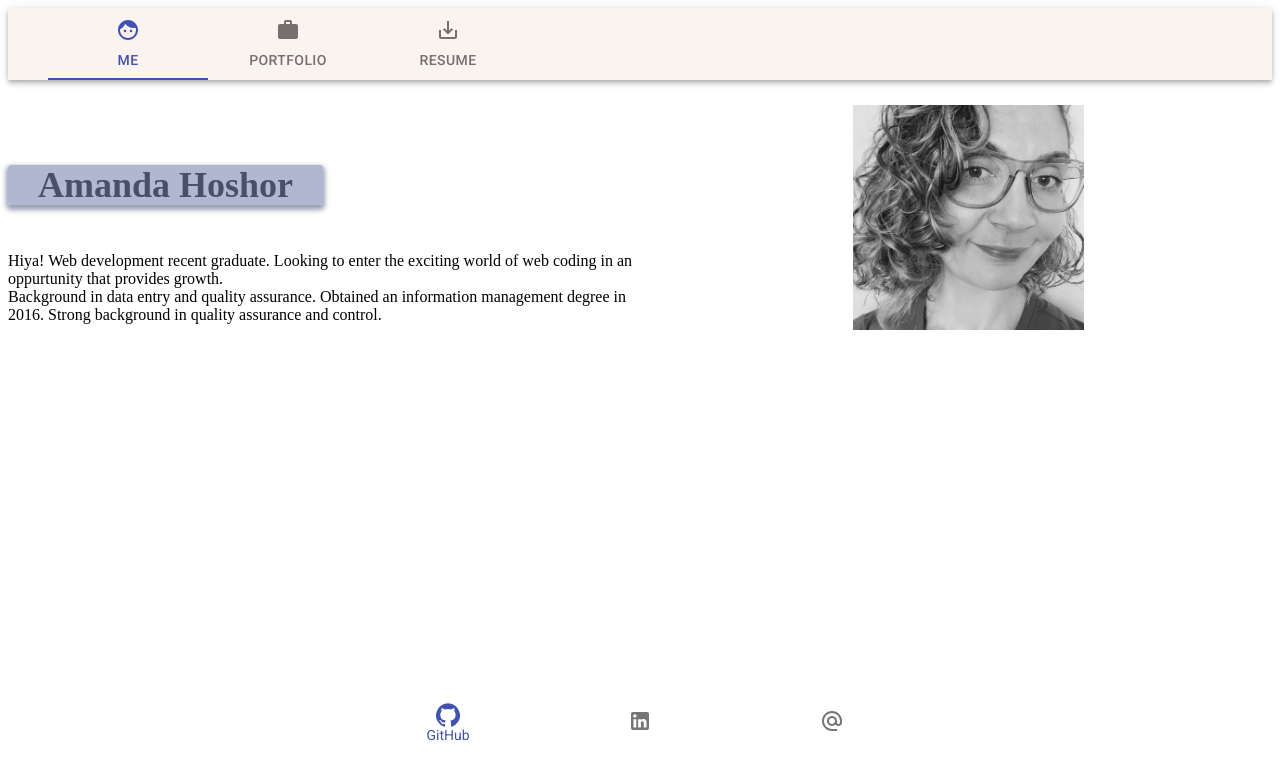
Repository: mandahos/hoshor
Page: /
An editor plug-in stored every save of this project. The page is shown before and after a run of saves, followed by the edit.
The browser window is 1280 px wide. The pictures show the whole page.
The project was rebuilt for these pictures with package versions that can differ from the ones it lists, and the page was loaded fresh each time. Also part of the build but not shown: src/components/Portfolio/index.js, src/components/Resume/index.js. Imported but missing from the stored project, and not drawn on this page: src/assets/resume/Amanda_Hoshor_Resume.PDF, src/assets/resume/Resume_Hoshor (1).pdf.

Above is the page before, as saved 2021-08-22 08:41:24.

### public/index.html
<!DOCTYPE html>
<html lang="en">
  <head>
    <meta charset="utf-8" />
    <link rel="icon" href="%PUBLIC_URL%/favicon.ico" />
    <meta name="viewport" content="width=device-width, initial-scale=1" />
    <meta name="theme-color" content="#000000" />
    <meta
      name="description"
      content="Web site created using create-react-app"
    />
    <link rel="apple-touch-icon" href="%PUBLIC_URL%/logo192.png" />
    <link rel="stylesheet" href="https://fonts.googleapis.com/css?family=Roboto:300,400,500,700&display=swap" />

    <!--
      manifest.json provides metadata used when your web app is installed on a
      user's mobile device or desktop. See https://developers.google.com/web/fundamentals/web-app-manifest/
    -->

    <link rel="stylesheet" href="https://fonts.googleapis.com/icon?family=Material+Icons" />
    <link rel="manifest" href="%PUBLIC_URL%/manifest.json" />
    <!--
      Notice the use of %PUBLIC_URL% in the tags above.
      It will be replaced with the URL of the `public` folder during the build.
      Only files inside the `public` folder can be referenced from the HTML.

      Unlike "/favicon.ico" or "favicon.ico", "%PUBLIC_URL%/favicon.ico" will
      work correctly both with client-side routing and a non-root public URL.
      Learn how to configure a non-root public URL by running `npm run build`.
    -->
    <title>Hoshor</title>
  </head>
  <body>
    <noscript>You need to enable JavaScript to run this app.</noscript>
    <div id="root"></div>
    <!--
      This HTML file is a template.
      If you open it directly in the browser, you will see an empty page.

      You can add webfonts, meta tags, or analytics to this file.
      The build step will place the bundled scripts into the <body> tag.

      To begin the development, run `npm start` or `yarn start`.
      To create a production bundle, use `npm run build` or `yarn build`.
    -->
  </body>
</html>

### src/index.js
import React from 'react';
import ReactDOM from 'react-dom';
import './css/styles.css';
import App from './App';

ReactDOM.render(
  <React.StrictMode>
    <App />

  </React.StrictMode>,
  document.getElementById('root')
);

// If you want to start measuring performance in your app, pass a function
// to log results (for example: reportWebVitals(console.log))
// or send to an analytics endpoint. Learn more: https://bit.ly/CRA-vitals

### src/css/styles.css
.App {
  font-family: Arial, Helvetica, sans-serif;
  text-align: center;
  background-color: #7A6174;
  color: white
}
h1 {
  font-size: 48px;

}
h2 {
  font-size: 14px
}
.About {
  font-family: Cambria, Cochin, Georgia, Times, 'Times New Roman', serif
}
h3 {
  text-align: left;
}

p {
  text-align: left;
}

### src/App.js
import React, { useState } from "react";
import "./css/styles.css";
import  Navigation from "./components/Navigation";
import  Footer  from "./components/Footer";
import { makeStyles } from '@material-ui/core/styles';


// import background from "./assets/images/plug.png"


export default function App() {

  return (
    <div >
      <Navigation />



        <Footer />
    </div>
  )
}

### src/components/Navigation/index.js
import React from 'react';
import PropTypes from 'prop-types';
import { makeStyles } from '@material-ui/core/styles';
import AppBar from '@material-ui/core/AppBar';
import Tabs from '@material-ui/core/Tabs';
import Tab from '@material-ui/core/Tab';

import FaceIcon from '@material-ui/icons/Face';
import WorkIcon from '@material-ui/icons/Work';
import SaveAltIcon from '@material-ui/icons/SaveAlt';

import Typography from '@material-ui/core/Typography';
import Box from '@material-ui/core/Box';

import Me from '../Me/index'
import Portfolio from '../Portfolio/index'
import Resume from '../Resume/index'

function TabPanel(props) {
  const { children, value, index, ...other } = props;

  return (
    <div
      role="tabpanel"
      hidden={value !== index}
      id={`scrollable-force-tabpanel-${index}`}
      aria-labelledby={`scrollable-force-tab-${index}`}
      {...other}
    >
      {value === index && (
        <Box p={3}>
          <Typography>{children}</Typography>
        </Box>
      )}
    </div>
  );
}

TabPanel.propTypes = {
  children: PropTypes.node,
  index: PropTypes.any.isRequired,
  value: PropTypes.any.isRequired,
};

function a11yProps(index) {
  return {
    id: `scrollable-force-tab-${index}`,
    'aria-controls': `scrollable-force-tabpanel-${index}`,
  };
}

const useStyles = makeStyles((theme) => ({
  root: {
    flexGrow: 1,
    width: '100%',
    backgroundColor: '#f8edeb',
  },
  navBar:{
    backgroundColor: '#FAF3F0'
  }
}));

export default function ScrollableTabsButtonForce() {
  const classes = useStyles();
  const [value, setValue] = React.useState(0);

  const handleChange = (event, newValue) => {
    setValue(newValue);
  };


  return (
    <>
      <div >
        <AppBar position="static" color="default">
          <Tabs
            value={value}
            onChange={handleChange}
            className= {classes.navBar}
            variant="scrollable"
            scrollButtons="on"
            indicatorColor="primary"
            textColor="primary"
            aria-label="scrollable force tabs example"
          >

            <Tab label="Me" icon={<FaceIcon />} {...a11yProps(0)} />
            <Tab label="Portfolio" icon={<WorkIcon />} {...a11yProps(1)} />
            <Tab label="Resume" icon={<SaveAltIcon />} {...a11yProps(2)} />
          </Tabs>
        </AppBar>


        {value === 0 && <Me />}
        {value === 1 && <Portfolio />}
        {value === 2 && <Resume />}

      </div>
    </>
  );
}

### src/components/Footer/index.js
import React from 'react';
import { makeStyles } from '@material-ui/core/styles';
import BottomNavigation from '@material-ui/core/BottomNavigation';
import BottomNavigationAction from '@material-ui/core/BottomNavigationAction';
import LinkedInIcon from '@material-ui/icons/LinkedIn';
import GitHubIcon from '@material-ui/icons/GitHub';
import AlternateEmailIcon from '@material-ui/icons/AlternateEmail';
import CSS from './footer.css'

const useStyles = makeStyles({
  root: {
    width: 500,


  },
});

export default function LabelBottomNavigation() {
  const footer = useStyles();
  const [value, setValue] = React.useState('recents');

  const handleChange = (event, newValue) => {
    setValue(newValue);
  };

  return (
    <BottomNavigation value={value} onChange={handleChange} className={footer}>
      <BottomNavigationAction a href="https://github.com/mandahos" label="GitHub" value="recents" icon={<GitHubIcon />} />
      <BottomNavigationAction a href="https://www.linkedin.com/in/amanda-hoshor/" label="LinkedIn" value="favorites" icon={<LinkedInIcon />} />
      <BottomNavigationAction a href="mailto:hoshor.manda@gmail.com" label="Email" value="nearby" icon={<AlternateEmailIcon />} />

    </BottomNavigation>
  );
}

### src/components/Me/index.js
import React from 'react';
import {
  Container,
  Stack,
  Flex,
  Box,
  Heading,
  Text,
  Image

} from '@chakra-ui/react';
import { makeStyles } from '@material-ui/core/styles';


import picture from '../../assets/images/portfolio.jpg'

const useStyles = makeStyles({
  header: {
    background: '#b1b7d1',
    border: 0,
    borderRadius: 3,
    boxShadow: '0 3px 5px 2px #9b9fb5',

    color: '#4a4e69',
    height: 48,
    padding: '0 30px',

  },
  image: '#b1b7d1',
    border: 0,
    borderRadius: 3,
    boxShadow: '0 3px 5px 2px #9b9fb5',

    color: '#4a4e69',
    height: 48,
    padding: '30px',
});

const Me = () => {
  const classes = useStyles();
  return (

    <Container maxW={'7xl'} >
      <Stack
        align={'center'}
        spacing={{ base: 8, md: 10 }}
        py={{ base: 20, md: 28 }}
        direction={{ base: 'column', md: 'row' }}
        >

        <Stack flex={1} spacing={{ base: 5, md: 10 }}>
          <Heading
            lineHeight={1.1}
            fontWeight={800}
            fontSize={36}

            >
            <Text
              as={'span'}
              position={'relative'}
              _after={{
                content: "''",
                width: 'full',
                height: '80%',
                position: 'absolute',
                bottom: 1,
                left: 0,
                bg: 'red.400',
                zIndex: -1,


              }}
              className={classes.header}>
              Amanda Hoshor
            </Text>
            <br />

          </Heading>
          <Text color={'black.500'}>
            Hiya! Web development recent graduate. Looking to enter the exciting world of web coding in an oppurtunity that provides growth.
            <br/>
            Background in data entry and quality assurance. Obtained an information management degree in 2016. Strong background in quality assurance and control.
          </Text>
          <Stack
            spacing={{ base: 4, sm: 6 }}
            direction={{ base: 'column', sm: 'row' }}>

          </Stack>
        </Stack>
        <Flex
          flex={1}
          justify={'center'}
          align={'center'}
          position={'relative'}
          w={'full'}>

          <Box
            position={'relative'}
            height={'300px'}
            rounded={'2xl'}
            boxShadow={'2xl'}
            width={'full'}
            overflow={'hidden'}>

            <Image
              alt={'Me'}
              fit={'cover'}
              align={'center'}
              padding={'25px'}
              w={'100%'}
              h={'75%'}
              src={
                picture
              }

            />
          </Box>
        </Flex>
      </Stack>
    </Container>
  );
}

export default Me;

### src/components/Footer/footer.css
.root {
    display: block;
    margin-left: auto;
    margin-right: auto;
    margin-top: 25%;
    justify-content: center;
    position: relative;
    bottom: 0;

}

After the next 2 saves:
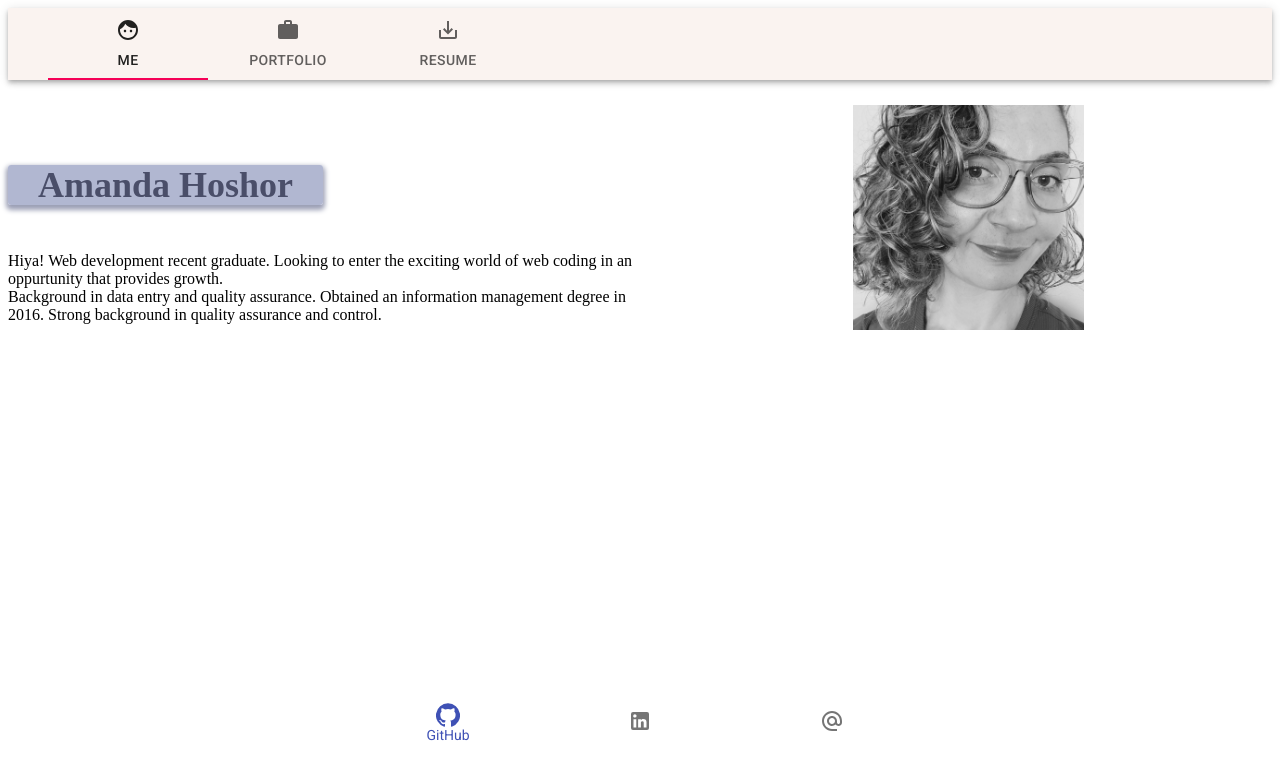
The 2 saves are shown as one change because 1 did not build or start.
The last was saved 118 s later.
--- a/src/components/Navigation/index.js
+++ b/src/components/Navigation/index.js
@@ -56,7 +56,9 @@ const useStyles = makeStyles((theme) => ({
     backgroundColor: '#f8edeb',
   },
   navBar:{
-    backgroundColor: '#FAF3F0'
+    backgroundColor: '#FAF3F0',
+    indicatorColor: '#D0587E',
+    textColor: "#2C2628"
   }
 }));
 
@@ -79,8 +81,8 @@ export default function ScrollableTabsButtonForce() {
             className= {classes.navBar}
             variant="scrollable"
             scrollButtons="on"
-            indicatorColor="primary"
-            textColor="primary"
+            // indicatorColor="primary"
+            // textColor="primary"
             aria-label="scrollable force tabs example"
           >
 
